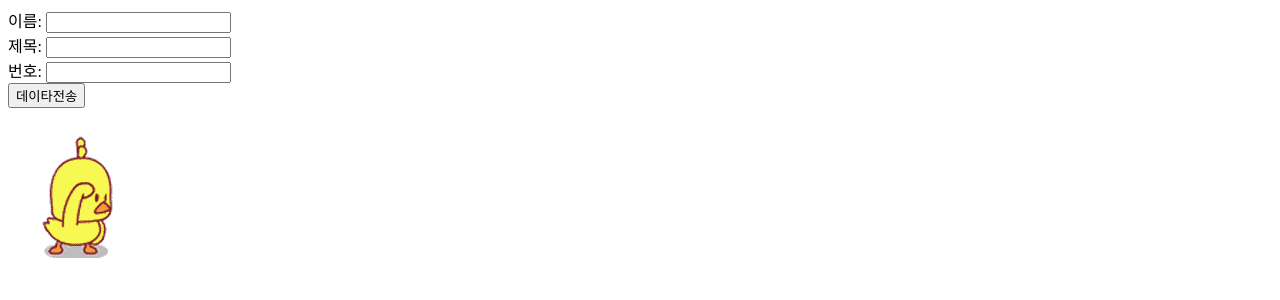
Repository: sorakazae/ITBANK_JSP_101
Page: http://localhost/Web0517/DDD.jsp
An editor plug-in stored every save of this project. The page is shown before and after the next save, followed by the edit.
The browser window is 1280 px wide. The pictures show the whole page.
The page is served by Tomcat 9.

Above is the page before, as saved 2014-05-31 03:48:13.

### day8/my/Web0517/WebContent/DDD.jsp
<%@ page language="java" contentType="text/html; charset=EUC-KR"
    pageEncoding="EUC-KR"%>

<html>
<head>
<title> [CCC.jsp]</title>
</head>
<body>
	<form action="DDD.jsp" method="post">
	 이름: <input type=text name="name"> <br>
	 제목: <input type=text name="title"> <br>
	 번호: <input type=password name="num"> <br>

	 <input type="submit" value="데이타전송">

	</form>

	<p>
	<img src="images/aaa.gif">
</body>
</html>

After the next save:
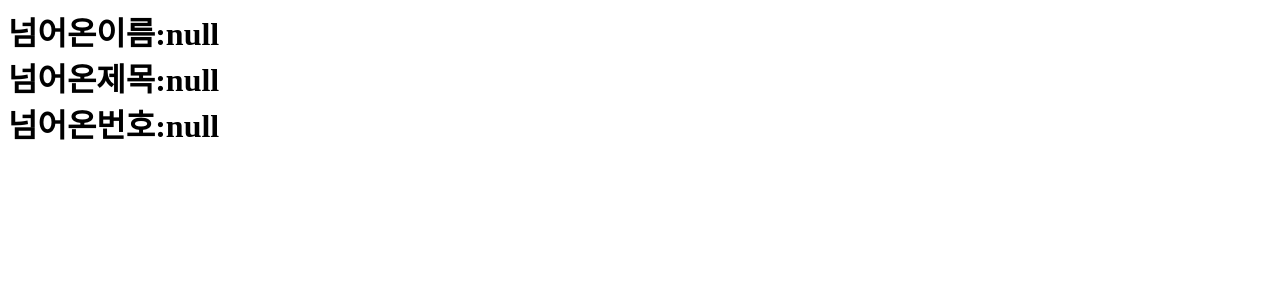
Saved 3 min 25 s later.
--- a/day8/my/Web0517/WebContent/DDD.jsp
+++ b/day8/my/Web0517/WebContent/DDD.jsp
@@ -3,19 +3,18 @@
 
 <html>
 <head>
-<title> [CCC.jsp]</title>
+<title> [DDD.jsp]</title>
 </head>
 <body>
-	<form action="DDD.jsp" method="post">
-	 이름: <input type=text name="name"> <br>
-	 제목: <input type=text name="title"> <br>
-	 번호: <input type=password name="num"> <br>
-
-	 <input type="submit" value="데이타전송">
-
-	</form>
-
-	<p>
-	<img src="images/aaa.gif">
+<%
+	String data1=request.getParameter("name");
+	String data2=request.getParameter("title");
+	String data3=request.getParameter("num");
+%>
+<h1>
+	넘어온이름:<%= data1 %> <br>
+	넘어온제목:<%= data2 %> <br>
+	넘어온번호:<%= data3 %> <br>
+</h1>
 </body>
 </html>
